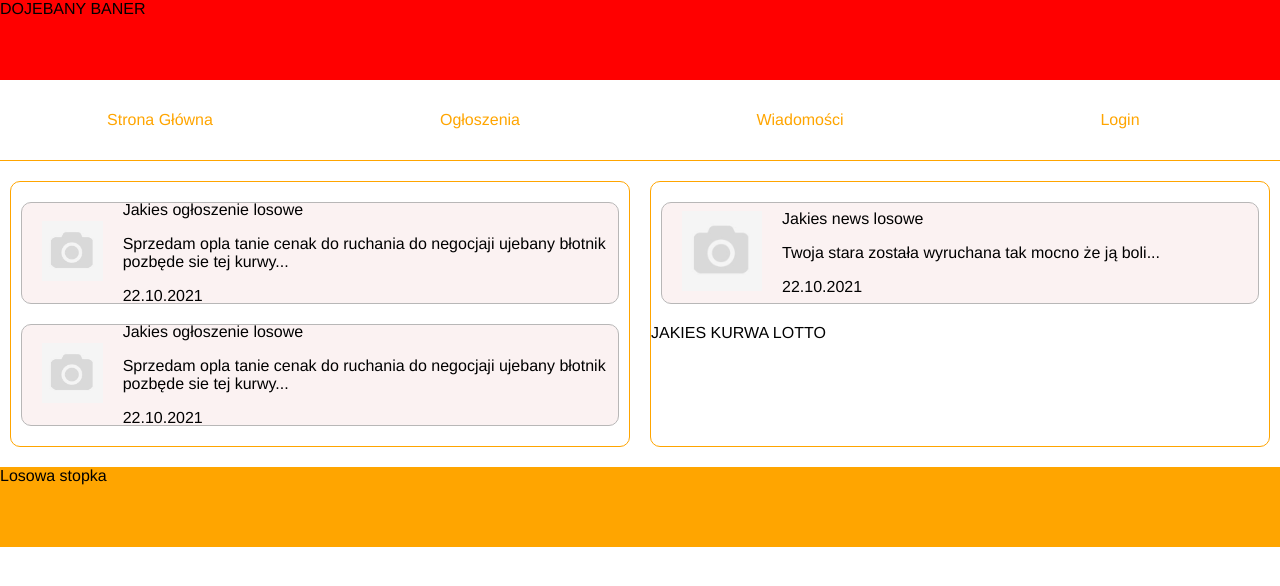
Repository: PatrykStawik/projectppz
Page: /
These files come from the project's save history. The page is drawn as it stood at one moment and after the next save; the edit follows.
The browser window is 1280 px wide. The pictures show the whole page.
The project was rebuilt for these pictures with package versions that can differ from the ones it lists, and the page was loaded fresh each time. The framework's server and built-in components were replaced by stand-ins that run in the browser.

Above is the page before, as saved 2021-05-22 14:09:15.

After the next save:
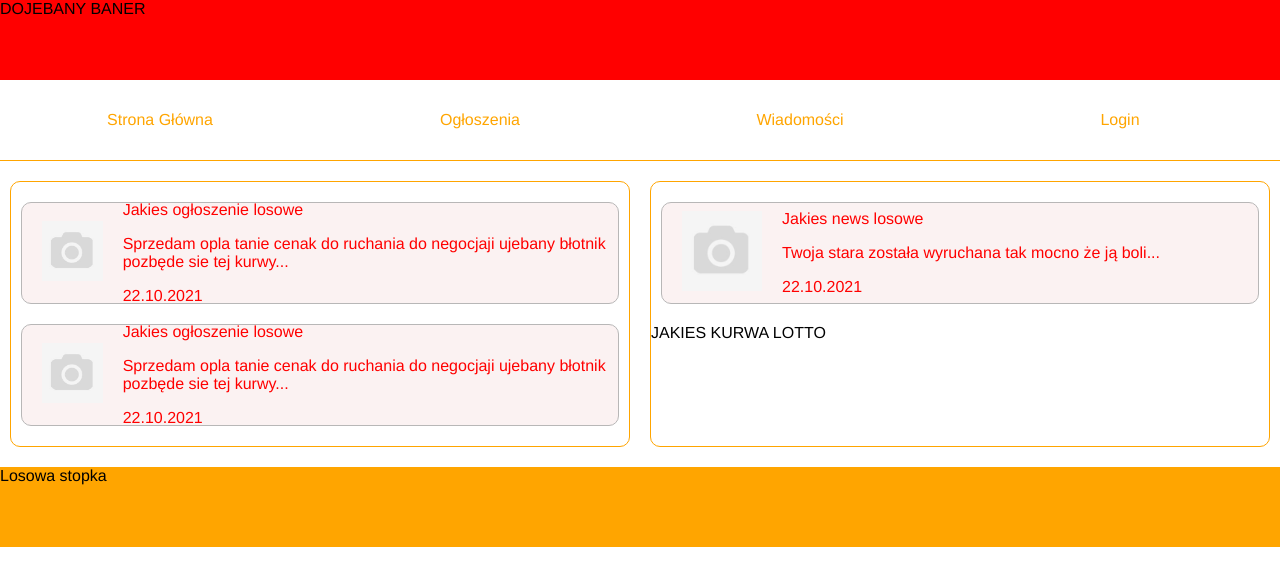
Saved 22 s later.
--- a/components/common/Bar/Bar.tsx
+++ b/components/common/Bar/Bar.tsx
@@ -23,8 +23,8 @@
   }
   .body{
     margin-left: 20px;
-    &:first-child{
-      margin-bottom: 5px;
+    p{
+      color: red;
     }
   }
 `;

After the save that followed:
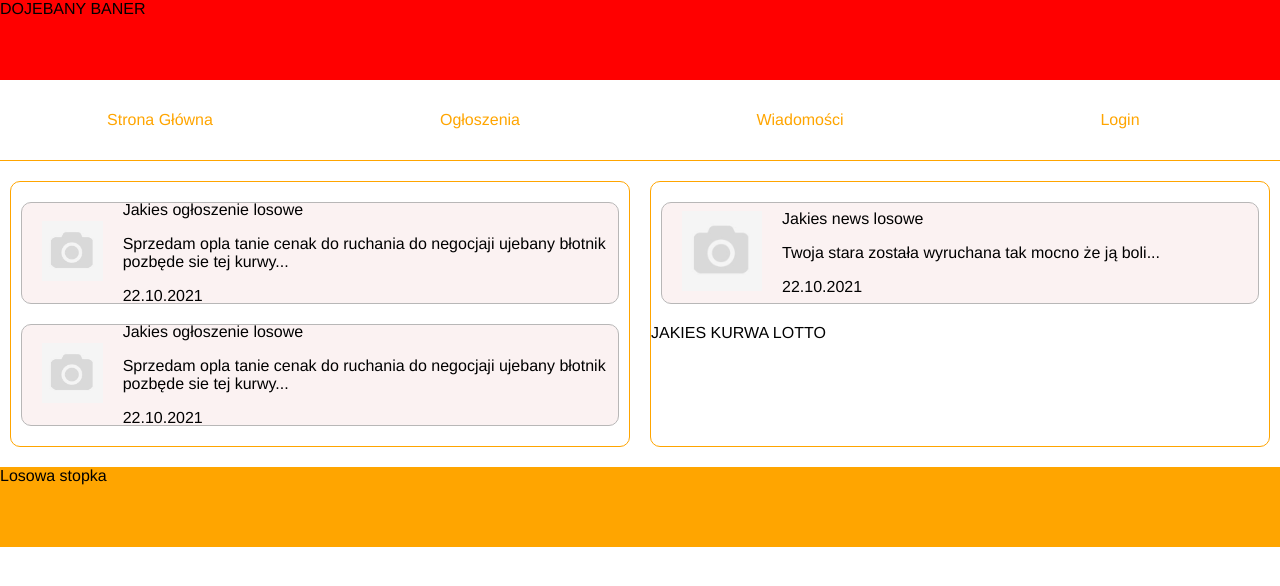
Saved 6 s later.
--- a/components/common/Bar/Bar.tsx
+++ b/components/common/Bar/Bar.tsx
@@ -24,7 +24,7 @@
   .body{
     margin-left: 20px;
     p{
-      color: red;
+      color: margin:
     }
   }
 `;
